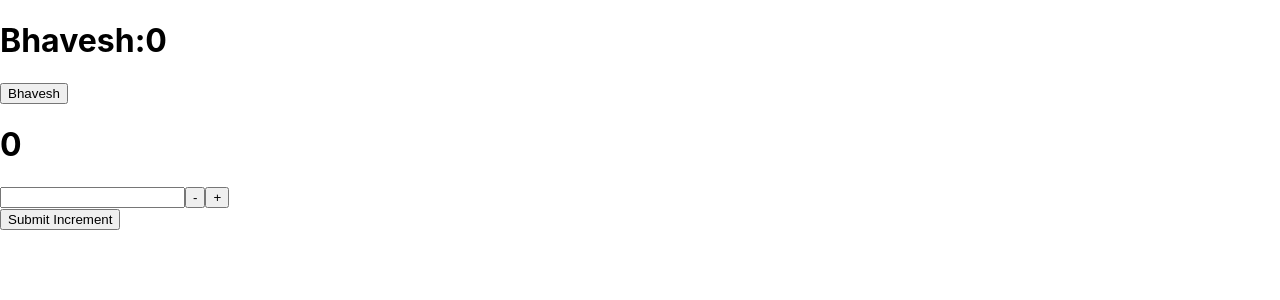
Repository: bhaveshtrades/reactpractice
Page: / (app in reactpractice/)
An editor plug-in stored every save of this project. The page is shown before and after the next save, followed by the edit.
The browser window is 1280 px wide. The pictures show the whole page.
The project was rebuilt for these pictures with package versions that can differ from the ones it lists, and the page was loaded fresh each time. Also part of the build but not shown: reactpractice/src/App.css.

Above is the page before, as saved 2022-09-02 17:09:17.

### reactpractice/src/index.js
import React from 'react';
import ReactDOM from 'react-dom/client';
import './index.css';
import App from './App';
import reportWebVitals from './reportWebVitals';
import {store} from './ReduxToolkit/Store'
import { Provider } from 'react-redux';

const root = ReactDOM.createRoot(document.getElementById('root'));
root.render(
  <Provider store={store}>
  <React.StrictMode>
    <App />
  </React.StrictMode>
  </Provider>
);

// If you want to start measuring performance in your app, pass a function
// to log results (for example: reportWebVitals(console.log))
// or send to an analytics endpoint. Learn more: https://bit.ly/CRA-vitals
reportWebVitals();

### reactpractice/src/App.js
import { useDispatch, useSelector } from 'react-redux';
import './App.css';
import FirstButton from './components/FirstButton';
import {increment, decrement, incrementByAmount} from './ReduxToolkit/Reducer';
import { useState } from 'react';

function App() {

  const[incrementAmount, setIncrementAmount] = useState(2);

  const count = useSelector((state) => state.reducer.value)
  const dispatch = useDispatch();


  return (
    <>
      <FirstButton/>

      <h1>{count}</h1>
      <input type='number' onChange={(e)=>{setIncrementAmount(e.target.value)}}/>
      <button onClick={()=>dispatch(decrement())}>-</button>
      <button onClick={()=>dispatch(increment())}>+</button>
      <br/>
      <button onClick={()=>dispatch(incrementByAmount((Number(incrementAmount))))}>Submit Increment</button>
    </>
  );
}

export default App;

### reactpractice/src/ReduxToolkit/Store.jsx
import { configureStore } from '@reduxjs/toolkit'
import CounterReducer from './Reducer';

export const store = configureStore({
  reducer: {
    reducer: CounterReducer
  }
})

### reactpractice/src/components/FirstButton.jsx
import React from 'react'
import LoaderHOC from './LoaderHOC';

function FirstButton({heading, count, name}) {
  return (
    <div>
       <h1>{name}:{heading}</h1>
      <button onClick={count}>{name}</button>
    </div>
  )
}

export default LoaderHOC(FirstButton);

### reactpractice/src/ReduxToolkit/Reducer.jsx
import { createSlice } from '@reduxjs/toolkit'

const initialState = {
  value: 0,
}

export const counterSlice = createSlice({
  name: 'counter',
  initialState,
  reducers: {
    increment: (state) => {
      state.value += 1
    },
    decrement: (state) => {
      if(state.value !== 0){
        state.value -= 1
      }else{
        state.value = 0
      }
    },
    incrementByAmount: (state, action) => {
      state.value += action.payload
    },
  },
})

export const { increment, decrement, incrementByAmount } = counterSlice.actions

export default counterSlice.reducer

### reactpractice/src/components/LoaderHOC.jsx
import { useState } from 'react';

const LoaderHOC = (WrappedComponent)=>{
    function Button(){
        const[state, setState] = useState(0);
        return(
            <>
              <WrappedComponent count={()=>{setState(state+1)}} heading={state} name="Bhavesh"></WrappedComponent>
            </>
        )
    }
    return Button;
}

export default LoaderHOC;

Loaded but not shown: reactpractice/public/index.html (common file); reactpractice/src/index.css (common file); reactpractice/src/reportWebVitals.js (common file)

After the next save:
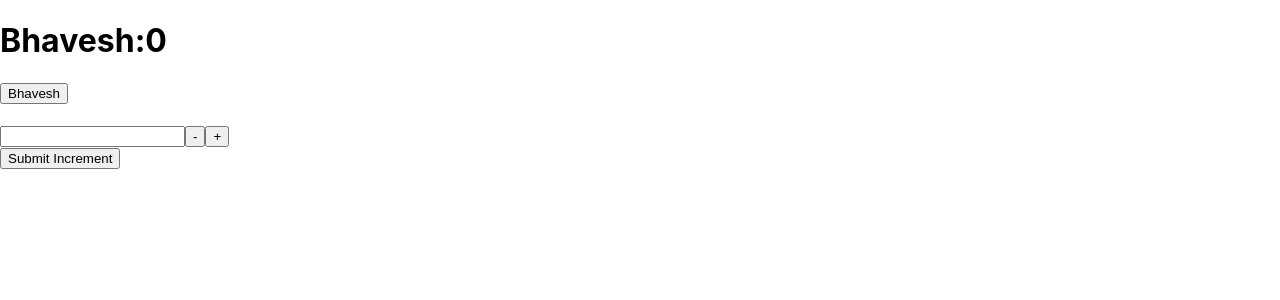
Saved 4 min 11 s later.
--- a/reactpractice/src/ReduxToolkit/Reducer.jsx
+++ b/reactpractice/src/ReduxToolkit/Reducer.jsx
@@ -1,7 +1,7 @@
 import { createSlice } from '@reduxjs/toolkit'
 
 const initialState = {
-  value: 0,
+  bhavesh: 0,
 }
 
 export const counterSlice = createSlice({

After the 3 saves that followed:
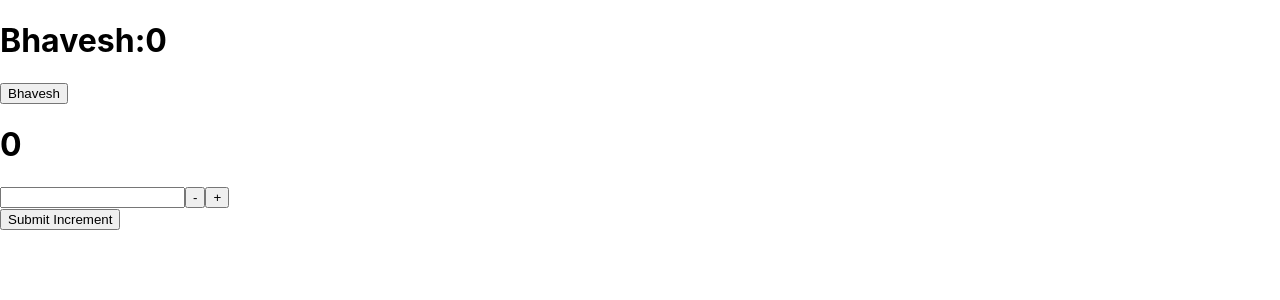
The 3 saves are shown as one change because 2 left the picture as it was.
The last was saved 66 s later.
--- a/reactpractice/src/App.js
+++ b/reactpractice/src/App.js
@@ -8,7 +8,7 @@ function App() {
 
   const[incrementAmount, setIncrementAmount] = useState(2);
 
-  const count = useSelector((state) => state.reducer.value)
+  const count = useSelector((state) => state.reducer.bhavesh)
   const dispatch = useDispatch();
 
 
--- a/reactpractice/src/ReduxToolkit/Reducer.jsx
+++ b/reactpractice/src/ReduxToolkit/Reducer.jsx
@@ -9,17 +9,17 @@ export const counterSlice = createSlice({
   initialState,
   reducers: {
     increment: (state) => {
-      state.value += 1
+      state.bhavesh += 1
     },
     decrement: (state) => {
       if(state.value !== 0){
-        state.value -= 1
+        state.bhavesh -= 1
       }else{
-        state.value = 0
+        state.bhavesh = 0
       }
     },
     incrementByAmount: (state, action) => {
-      state.value += action.payload
+      state.bhavesh += action.payload
     },
   },
 })
